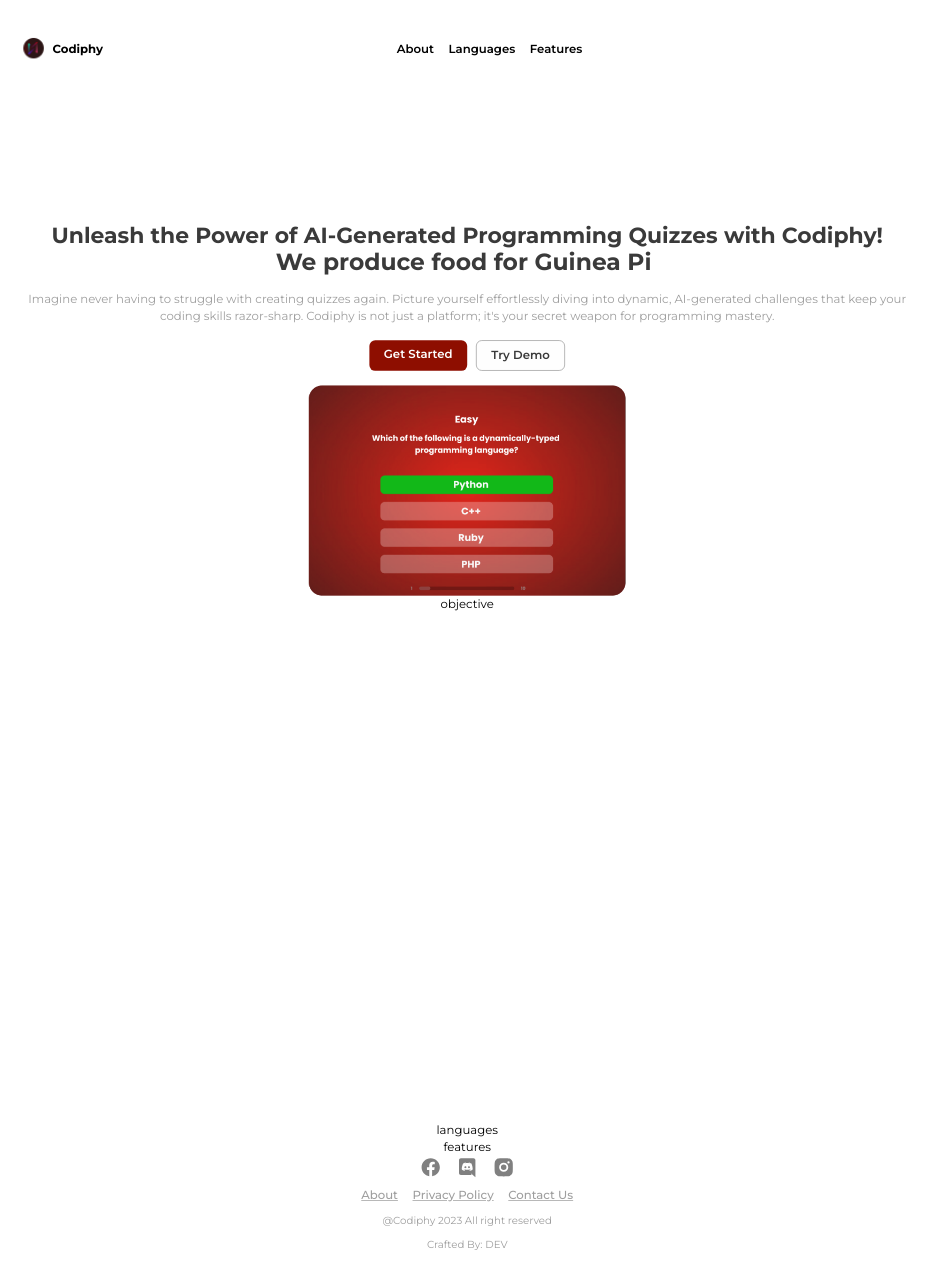
Repository: ddextroo/codiphy
Page: /
The author's editor kept a copy of each file at every save. The page is drawn from the files as they stood at one save, then again after the next save.
The browser window is 1280 px wide. The pictures show the whole page, at 73% of full size.
The project was rebuilt for these pictures with package versions that can differ from the ones it lists, and the page was loaded fresh each time. Also part of the build but not shown: vite.config.js, src/pages/auth/login.jsx, src/pages/quiz/demo/demo.jsx.

Above is the page before, as saved 2023-12-07 23:47:07.

### index.html
<!doctype html>
<html lang="en">
  <head>
    <meta charset="UTF-8" />
    <link rel="icon" type="image/svg+xml" href="/src/assets/logo.png" />
    <meta name="viewport" content="width=device-width, initial-scale=1.0" />
    <title>Codiphy</title>
  </head>
  <body>
    <div id="root"></div>
    <script type="module" src="/src/main.jsx"></script>
  </body>
</html>

### src/main.jsx
import React from 'react'
import ReactDOM from 'react-dom/client'
import App from './App.jsx'
import Login from './pages/auth/login.jsx'
import Demo from './pages/quiz/demo/demo.jsx'
import './index.css'
import {
  createBrowserRouter,
  RouterProvider,
} from "react-router-dom";
import "./index.css";
const router = createBrowserRouter([
  {
    path: "/",
    element: <App />,
    errorElement: <Error />,
  },
  {
    path: "/login",
    element: <Login />,
    errorElement: <Error />,
  },
  {
    path: "/demo",
    element: <Demo />,
    errorElement: <Error />,
  },
]);


ReactDOM.createRoot(document.getElementById("root")).render(
  <React.StrictMode>
    <RouterProvider router={router} />
  </React.StrictMode>
);

### src/App.jsx
// Importing modules
import React, { useState, useEffect } from "react";
import "./App.css";
import Nav from './pages/landing/nav';
import Hero from './pages/landing/hero';
import Objective from './pages/landing/objective';
import Languages from './pages/landing/languages';
import Features from './pages/landing/features';
import Footer from './pages/landing/footer';

function App() {

  return (
    <div className="App font-montserrat">
      <header className="App-header h-40 md:h-16">
        <Nav/>
      </header>
      <Hero/>
      <Objective/>
      <Languages/>
      <Features/>
      <Footer/>
    </div>
  );
}

export default App;

### src/index.css
@import url('https://fonts.googleapis.com/css2?family=Montserrat:wght@300;400;500;600;700&display=swap');
@tailwind base;
@tailwind components;
@tailwind utilities;


@layer base {
  html {
    @apply scroll-smooth;
  }

}

body {
  margin: 0;
  font-family: -apple-system, BlinkMacSystemFont, 'Segoe UI', 'Roboto', 'Oxygen',
    'Ubuntu', 'Cantarell', 'Fira Sans', 'Droid Sans', 'Helvetica Neue',
    sans-serif;
  -webkit-font-smoothing: antialiased;
  -moz-osx-font-smoothing: grayscale;
}

code {
  font-family: source-code-pro, Menlo, Monaco, Consolas, 'Courier New',
    monospace;
}

### src/App.css
#root {
  max-width: 1280px;
  margin: 0 auto;
  padding: 2rem;
  text-align: center;
}

.logo {
  height: 6em;
  padding: 1.5em;
  will-change: filter;
  transition: filter 300ms;
}
.logo:hover {
  filter: drop-shadow(0 0 2em #646cffaa);
}
.logo.react:hover {
  filter: drop-shadow(0 0 2em #61dafbaa);
}

@keyframes logo-spin {
  from {
    transform: rotate(0deg);
  }
  to {
    transform: rotate(360deg);
  }
}

@media (prefers-reduced-motion: no-preference) {
  a:nth-of-type(2) .logo {
    animation: logo-spin infinite 20s linear;
  }
}

.card {
  padding: 2em;
}

.read-the-docs {
  color: purple;
}

### src/pages/landing/nav.jsx
import { useState } from "react";
import Hamburger from "hamburger-react";
import Logo from "./../../assets/logo.png";

function nav() {
  const [isOpen, setOpen] = useState(false);

  return (
    <nav>
      <div className="flex flex-row justify-between space-x-5">
        <div className="font-bold flex flex-row items-end justify-end gap-3">
          <img src={Logo} className="w-7 h-7"></img>
          Codiphy
        </div>
        <div className="hidden justify-center space-x-5 md:flex md:flex-row items-end">
          <div className="font-semibold cursor-pointer hover:text-colorAccent">
            About
          </div>
          <div className="font-semibold cursor-pointer hover:text-colorAccent">
            Languages
          </div>
          <div className="font-semibold cursor-pointer hover:text-colorAccent">
            Features
          </div>
        </div>
        <div className="visible md:invisible">
          <Hamburger
            size={20}
            color="#3a3a3a"
            toggled={isOpen}
            toggle={setOpen}
            easing="ease-in"
          />
        </div>
      </div>
    </nav>
  );
}

export default nav;

### src/pages/landing/hero.jsx
import React from "react";
import Preview from "./../../assets/hero_preview.png";
import { Outlet, Link } from "react-router-dom";
import { TypeAnimation } from 'react-type-animation';


function hero() {
  return (
    <div className="min-h-screen max-h-full flex flex-col justify-end ">
      <div className="flex flex-col justify-center items-center">
        <div className="text-3xl text-primaryDark font-bold mb-5 text-center">
          Unleash the Power of AI-Generated Programming Quizzes with Codiphy!
          <TypeAnimation
            sequence={[
              // Same substring at the start will only be typed out once, initially
              "We produce food for Mice",
              1000, // wait 1s before replacing "Mice" with "Hamsters"
              "We produce food for Hamsters",
              1000,
              "We produce food for Guinea Pigs",
              1000,
              "We produce food for Chinchillas",
              1000,
            ]}
            wrapper="span"
            speed={50}
            style={{ fontSize: "2rem", display: "inline-block" }}
            repeat={Infinity}
          />
        </div>
        <div className="text-ls text-gray">
          Imagine never having to struggle with creating quizzes again. Picture
          yourself effortlessly diving into dynamic, AI-generated challenges
          that keep your coding skills razor-sharp. Codiphy is not just a
          platform; it's your secret weapon for programming mastery.
        </div>
        <div className="flex flex-row space-x-3 mt-5 mb-5">
          <div className="rounded-lg bg-colorAccent text-primaryLight px-5 py-2 font-semibold cursor-pointer">
            <Link to="/login">Get Started</Link>
          </div>
          <div className="rounded-lg bg-primaryLight text-primaryDark border border-solid border-gray px-5 py-2 font-semibold cursor-pointer hover:bg-colorAccent hover:text-primaryLight">
            <Link to="/demo">Try Demo</Link>
          </div>
        </div>
        <img src={Preview} className="w-auto h-72"></img>
      </div>
      <Outlet />
    </div>
  );
}

export default hero;

### src/pages/landing/objective.jsx
import React from 'react'

function objective() {
  return (
    <div className='min-h-screen'>objective</div>
  )
}

export default objective

### src/pages/landing/languages.jsx
import React from 'react'

function languages() {
  return (
    <div>languages</div>
  )
}

export default languages

### src/pages/landing/features.jsx
import React from 'react'

function features() {
  return (
    <div>features</div>
  )
}

export default features

### src/pages/landing/footer.jsx
import React from 'react'
import { RiFacebookCircleFill } from "react-icons/ri";
import { RiDiscordFill } from "react-icons/ri";
import { RiInstagramFill } from "react-icons/ri";

function footer() {
    return (
        <div>
            <div className='flex flex-row justify-center space-x-5'>
                <RiFacebookCircleFill size={30} color='gray'/>
                <RiDiscordFill size={30} color='gray'/>
                <RiInstagramFill size={30} color='gray'/>
            </div>
            <div className='flex flex-row justify-center space-x-5 mt-3'>
                <div className='text-md font-medium underline text-gray cursor-pointer'>About</div>
                <div className='text-md font-medium underline text-gray cursor-pointer'>Privacy Policy</div>
                <div className='text-md font-medium underline text-gray cursor-pointer'>Contact Us</div>
            </div>
            <div className='text-gray text-sm my-3'>@Codiphy 2023 All right reserved</div>
            <div className='text-gray text-sm my-3'>Crafted By: DEV</div>
        </div>

    )
}

export default footer

### tailwind.config.js
const withMT = require("@material-tailwind/react/utils/withMT");

module.exports = withMT({
  content: [
    './src/**/*.{js,jsx,ts,tsx}',
  ],
  theme: {
    extend:
    {
      fontFamily: {
        'montserrat': ['Montserrat', 'sans-serif'],
      },
      colors: {
        'primaryDark': '#3A3A3A',
        'primaryLight': '#FEFEFE',
        'colorAccent': '#8E0E00',
        'gray': '#9E9E9E',
      },
    },
  },
  plugins: [],
});

After the next save:
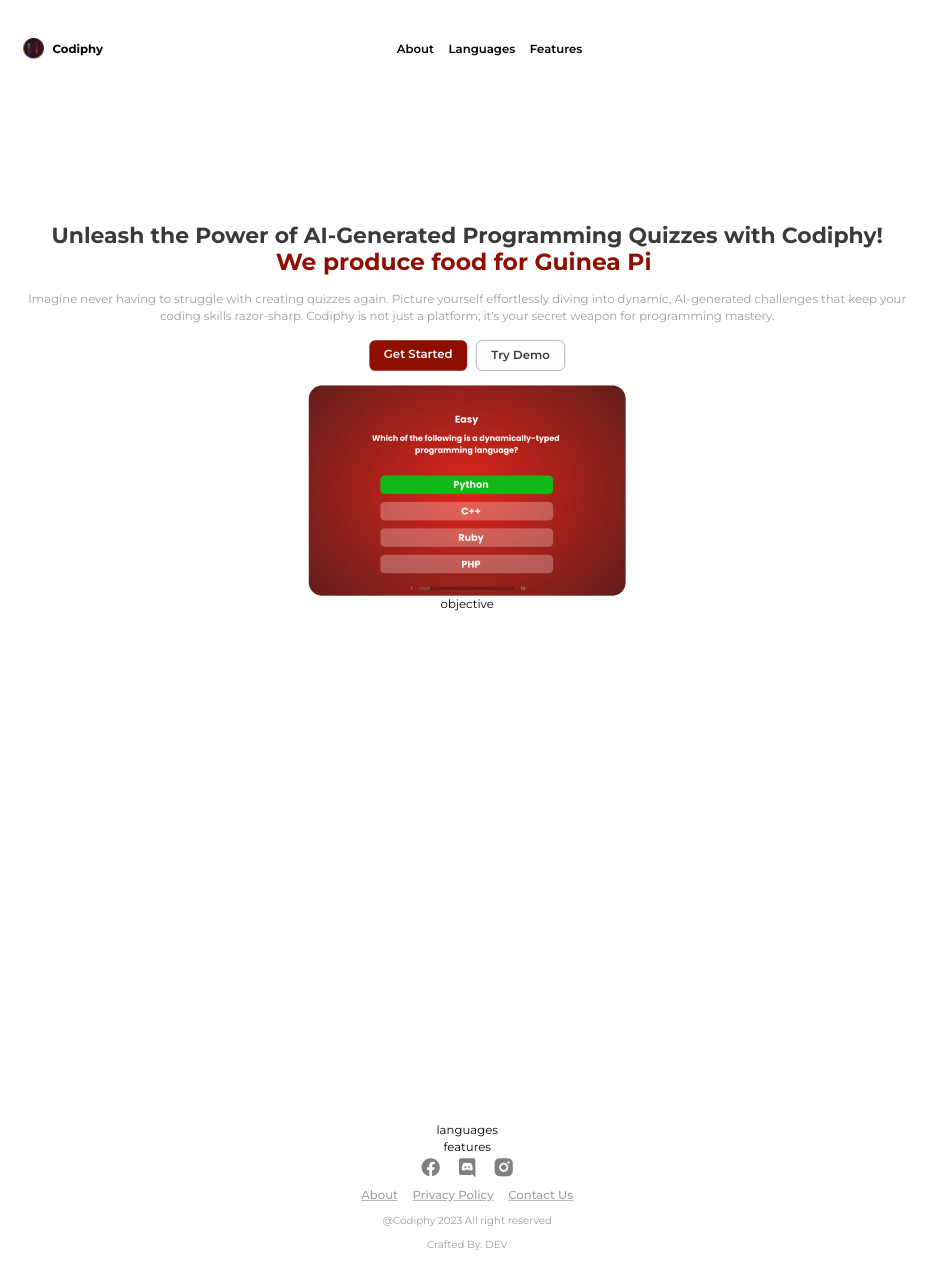
Saved 17 s later.
--- a/src/pages/landing/hero.jsx
+++ b/src/pages/landing/hero.jsx
@@ -26,7 +26,7 @@
             speed={50}
             style={{ fontSize: "2rem", display: "inline-block" }}
             repeat={Infinity}
-          />
+           className="text-colorAccent"/>
         </div>
         <div className="text-ls text-gray">
           Imagine never having to struggle with creating quizzes again. Picture
